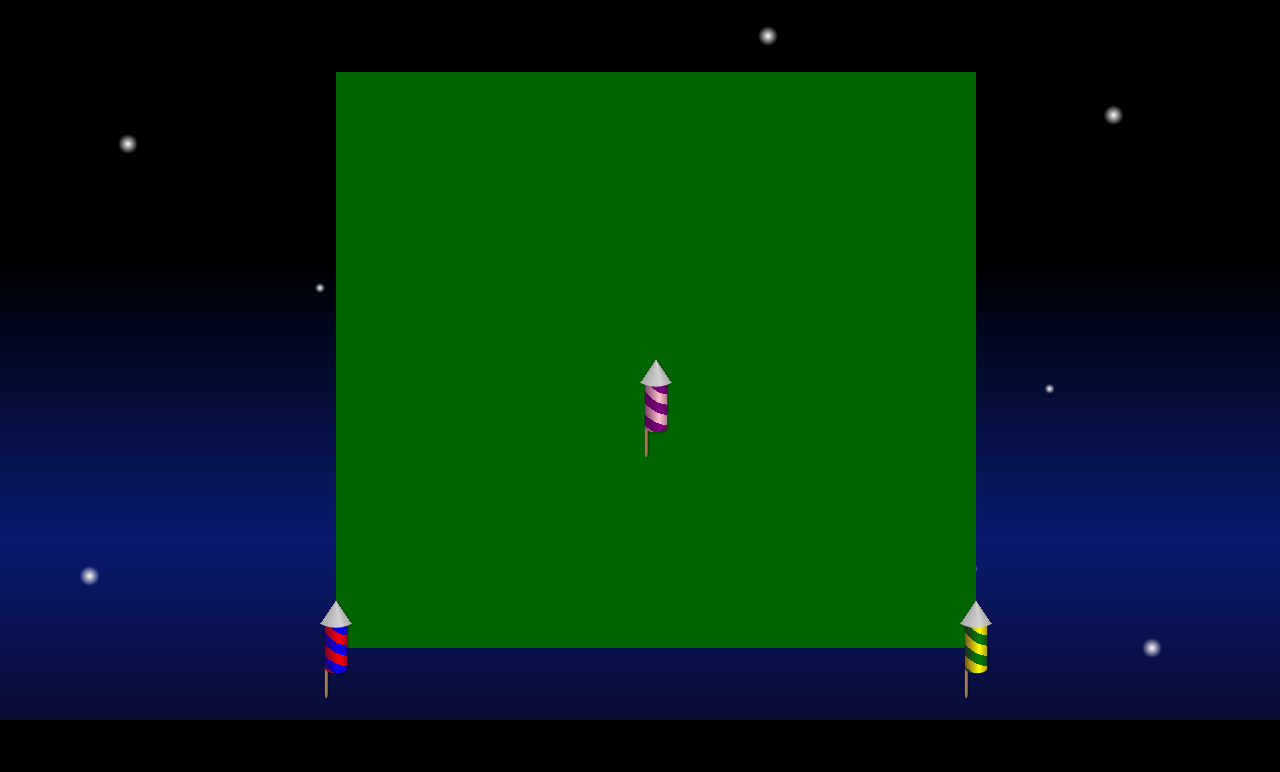
Repository: juliandecloe/CSS-To-The-Rescue---Julian-de-Cloe
Page: index.html
The author's editor kept a copy of each file at every save. The page is drawn from the files as they stood at one save, then again after the next save.
The browser window is 1280 px wide. The pictures show the whole page.

Above is the page before, as saved 2022-03-10 17:07:02.

### index.html
<!DOCTYPE html>
<html lang="en">
	<head>
		<meta charset="UTF-8">
		<meta name="viewport" content="width=device-width, initial-scale=1.0">
		<title>The Anticlimax Fireworkshow!</title>
		<link rel="stylesheet" href="style.css">
	</head>
	<body>
		<input id="left" type="checkbox">
		<input id="middle" type="checkbox">
		<input id="right" type="checkbox">
		<main>
			<section>
				<label for="left">
					<figure></figure>
					<figure></figure>
					<figure></figure>
				</label>
				<ul>
					<li>
						<ul>
							<li></li>
							<li></li>
							<li></li>
							<li></li>
							<li></li>
						</ul>
					</li>
					<li>
						<ul>
							<li></li>
							<li></li>
							<li></li>
							<li></li>
							<li></li>
						</ul>
					</li>
					<li>
						<ul>
							<li></li>
							<li></li>
							<li></li>
							<li></li>
							<li></li>
						</ul>
					</li>
					<li>
						<ul>
							<li></li>
							<li></li>
							<li></li>
							<li></li>
							<li></li>
						</ul>
					</li>
					<li>
						<ul>
							<li></li>
							<li></li>
							<li></li>
							<li></li>
							<li></li>
						</ul>
					</li>
					<li>
						<ul>
							<li></li>
							<li></li>
							<li></li>
							<li></li>
							<li></li>
						</ul>
					</li>
					<li>
						<ul>
							<li></li>
							<li></li>
							<li></li>
							<li></li>
							<li></li>
						</ul>
					</li>
					<li>
						<ul>
							<li></li>
							<li></li>
							<li></li>
							<li></li>
							<li></li>
						</ul>
					</li>
					<li>
						<ul>
							<li></li>
							<li></li>
							<li></li>
							<li></li>
							<li></li>
						</ul>
					</li>
					<li>
						<ul>
							<li></li>
							<li></li>
							<li></li>
							<li></li>
							<li></li>
						</ul>
					</li>
					<li>
						<ul>
							<li></li>
							<li></li>
							<li></li>
							<li></li>
							<li></li>
						</ul>
					</li>
					<li>
						<ul>
							<li></li>
							<li></li>
							<li></li>
							<li></li>
							<li></li>
						</ul>
					</li>
				</ul>
			</section>
			<section>
				<label for="middle">
					<figure></figure>
					<figure></figure>
					<figure></figure>
				</label>
				<ul>
					<li>
						<ul>
							<li></li>
							<li></li>
							<li></li>
							<li></li>
							<li></li>
						</ul>
					</li>
					<li>
						<ul>
							<li></li>
							<li></li>
							<li></li>
							<li></li>
							<li></li>
						</ul>
					</li>
					<li>
						<ul>
							<li></li>
							<li></li>
							<li></li>
							<li></li>
							<li></li>
						</ul>
					</li>
					<li>
						<ul>
							<li></li>
							<li></li>
							<li></li>
							<li></li>
							<li></li>
						</ul>
					</li>
					<li>
						<ul>
							<li></li>
							<li></li>
							<li></li>
							<li></li>
							<li></li>
						</ul>
					</li>
					<li>
						<ul>
							<li></li>
							<li></li>
							<li></li>
							<li></li>
							<li></li>
						</ul>
					</li>
					<li>
						<ul>
							<li></li>
							<li></li>
							<li></li>
							<li></li>
							<li></li>
						</ul>
					</li>
					<li>
						<ul>
							<li></li>
							<li></li>
							<li></li>
							<li></li>
							<li></li>
						</ul>
					</li>
					<li>
						<ul>
							<li></li>
							<li></li>
							<li></li>
							<li></li>
							<li></li>
						</ul>
					</li>
					<li>
						<ul>
							<li></li>
							<li></li>
							<li></li>
							<li></li>
							<li></li>
						</ul>
					</li>
					<li>
						<ul>
							<li></li>
							<li></li>
							<li></li>
							<li></li>
							<li></li>
						</ul>
					</li>
					<li>
						<ul>
							<li></li>
							<li></li>
							<li></li>
							<li></li>
							<li></li>
						</ul>
					</li>
				</ul>
			</section>
			<section>
				<label for="right">
					<figure></figure>
					<figure></figure>
					<figure></figure>
				</label>
				<article>
					<ul>
						<li></li>
						<li></li>
						<li></li>
						<li></li>
						<li></li>
						<li></li>
						<li></li>
					</ul>
				</article>
			</section>
		</main>
	</body>
</html>

### style.css
/*========== GENERAL ==========*/

:root * {
	--hoekVar: calc(360deg / 12);
	--rotate: rotate(calc( var(--hoekVar) * var(--index) ));
	--hoekVar2: calc(360deg / 5);
	--rotate2: rotate(calc( var(--hoekVar2) * var(--index2) ));
	--hoekVar3: calc(360deg / 18);
	--rotate3: rotate(calc( var(--hoekVar3) * var(--index3) ));
	--star1: 5px;
	--star2: 3px;
}

@property --star1 {
	syntax: '<length>';
	inherits: false;
	initial-value: 0px;
}

@property --star2 {
	syntax: '<length>';
	inherits: false;
	initial-value: 0px;
}

* {
	padding: 0;
	margin: 0;
}

body, html {
	overflow: hidden;
}

html {
	background: linear-gradient(0deg, rgba(9,11,52,1) 0%, rgba(9,26,112,1) 25%, rgba(0,0,0,1) 64%, rgba(0,0,0,1) 100%);
}

@keyframes stars {
	0% {
		--star1: 5px;
	}
	100% {
		--star1: 10px;
	}
}

@keyframes stars2 {
	0% {
		--star2: 3px;
	}
	100% {
		--star2: 6px;
	}
}

body {
	background-position: center;
	background-image:
	radial-gradient(
		circle at
			10%
			20%,
		white,
		transparent var(--star1)
	),
	radial-gradient(
		circle at
			34%
			15%,
		white,
		transparent var(--star2)
	),
	radial-gradient(
		circle at
			50%
			60%,
		white,
		transparent var(--star2)
	),
	radial-gradient(
		circle at
			60%
			80%,
		white,
		transparent var(--star2)
	),
	radial-gradient(
		circle at
			25%
			40%,
		white,
		transparent var(--star2)
	),
	radial-gradient(
		circle at
			7%
			80%,
		white,
		transparent var(--star1)
	),
	radial-gradient(
		circle at
			87%
			16%,
		white,
		transparent var(--star1)
	),
	radial-gradient(
		circle at
			76%
			79%,
		white,
		transparent var(--star2)
	),
	radial-gradient(
		circle at
			90%
			90%,
		white,
		transparent var(--star1)
	),
	radial-gradient(
		circle at
			60%
			5%,
		white,
		transparent var(--star1)
	),
	radial-gradient(
		circle at
			72%
			32%,
		white,
		transparent var(--star2)
	),
	radial-gradient(
		circle at
			50%
			28%,
		white,
		transparent var(--star1)
	),
	radial-gradient(
		circle at
			37%
			80%,
		white,
		transparent var(--star1)
	),
	radial-gradient(
		circle at
			82%
			54%,
		white,
		transparent var(--star2)
	);
	animation:
	stars 1s linear alternate infinite,
	stars2 1.5s linear alternate infinite;
}

@media (prefers-reduced-motion) {
	body {
		animation-name: dissolve;
	}
}

main {
	display: flex;
	justify-content: center;
	align-items: end;
	width: 100vw;
	height: 100vh;
	padding-left: 1rem;
}

@media (max-width: 630px) {
	main {
		transform: scale(.5) translateY(50vh);
	}
}

section {
	display: grid;
	place-items: center;
	transition: 1s ease-out;
	width: 50vw;
}

@media (max-width: 630px) {
	section {
		width: 80vw;
	}
}

input {
	display: none;
}

/*========== FIRE ROCKET ==========*/

/*===== GENERAL =====*/

label {
	transform: scale(.3) translateY(50vh);
	z-index: 5;
	height: 350px;
	width: 120px;
	filter: drop-shadow(2px 2px 4px rgb(0,0,0,0.5));
	transition: 1s;
	cursor: pointer;
	animation: 1s
}

@media (max-width: 630px) {
	label {
		transform: scale(.5);
	}
}

section label > figure:first-child {
	border-radius: 50%;
	position: absolute;
	left: calc(50% - 55px);
	width: 110px;
	height: 130px;
	z-index: 3;
	clip-path: ellipse(90% 70% at center top);
	background-image:
		conic-gradient(
		at center top,
		transparent 146deg,
		darkgray 146deg,
		lightgray 170deg,
		darkgray 214deg,
		transparent 214deg
	);
}

section label figure:nth-child(2) {
	position: absolute;
	top: 83px;
	left: calc(50% - 37.5px);
	width: 75px;
	height: 160px;
	z-index: 2;
	background-size: 100% 100%, 600% 600%;
	background-position:left top, 40% -30%;
	border-radius: 0 0 50% 50% / 0 0 1em 1em;
}

section label > figure:nth-child(3) {
	position: absolute;
	background: #BA8C63;
	top: 220px;
	left: calc(50% - 37.5px);
	width: 10px;
	height: 110px;
	z-index: 1;
	box-shadow: inset -2px 0 8px rgb(0,0,0,0.5);
	clip-path: ellipse(10px 95px at 50% 10%);
}


/*===== COLOR ARROWS =====*/

section:first-child label figure:nth-child(2) {
	background-image:
		linear-gradient(
			to right,
			#303a 0%,
			transparent 65%,
			#3036 100%
		),
		repeating-radial-gradient(
			red 0 1em,
			blue 1em 2em
	);
}

section:nth-child(2) label figure:nth-child(2) {
	background-image:
		linear-gradient(
			to right,
			#303a 0%,
			transparent 65%,
			#3036 100%
		),
		repeating-radial-gradient(
			green 0 1em,
			yellow 1em 2em
		);
}

section:last-child label figure:nth-child(2) {
	background-image:
		linear-gradient(
			to right,
			#303a 0%,
			transparent 65%,
			#3036 100%
		),
		repeating-radial-gradient(
			pink 0 1em,
			purple 1em 2em
		);
}


/*========== FIRE WORK ==========*/

/*===== LAYER 1 =====*/

section > ul {
	list-style-type: none;
	position: absolute;
	width: 1rem;
	height: 1rem;
	display: grid;
	place-items: center;
	/* background-color: #ff4; */
}

section > ul > li {
	position: absolute;
	top: 50%;
	width: 40%;
	height: 1200%;
	transform-origin: center top;
	transform: var(--rotate);
	transition: .3s ease-out;
	transition-delay: 1s;
	display: flex;
	/* background-color: #f004; */
}

section:last-child li {
	position: absolute;
	top: 50%;
	width: 40%;
	height: 1200%;
	transform-origin: center top;
	transform: var(--rotate3);
	transition: .3s ease-out;
	transition-delay: 1s;
	display: flex;
	/* background-color: #f004; */
}

section > ul > li::after {
	content: "";
	display: block;
	width: 100%;
	height: 50%;
	transition: .2s ease-out;
	transform-origin: center top;
	transform: scaleY(0);
	position: absolute;
}

/* Color */

section:first-child > ul > li::after {
	background-color: blue;
}

section:nth-child(2) > ul > li::after {
	background-color: green;
}

section:last-child > ul li::after {
	background-color: pink;
}


/*===== LAYER 2 =====*/

section > ul > li ul {
	list-style-type: none;
	position: relative;
	width: .5em;
	aspect-ratio: 1/1;
	align-self: end;
	display: grid;
	place-items: center;
	/* background-color: #f088; */
}

section:first-child > ul > li li {
	position: absolute;
	top: 50%;
	width: 25%;
	aspect-ratio: 1/8;
	background-color: #f00;
	transform-origin: center top;
	transform: var(--rotate2) scaleY(0);
	transition: .3s ease-out;
	transition-delay: 1.8s;
}

section:nth-child(2) > ul > li li {
	position: absolute;
	width: 30%;
	height: 1200%;
	background-color: yellow;
	transform-origin: center;
	transform: var(--rotate2) scaleY(1);
	transition: .5s ease-out;
	transition-delay: 1.5s;
	visibility: hidden;
}


/*========== INTERACTION ==========*/

/*===== GENERAL =====*/

section > ul > li:nth-of-type(1) { --index:1; }
section > ul > li:nth-of-type(2) { --index:2; }
section > ul > li:nth-of-type(3) { --index:3; }
section > ul > li:nth-of-type(4) { --index:4; }
section > ul > li:nth-of-type(5) { --index:5; }
section > ul > li:nth-of-type(6) { --index:6; }
section > ul > li:nth-of-type(7) { --index:7; }
section > ul > li:nth-of-type(8) { --index:8; }
section > ul > li:nth-of-type(9) { --index:9; }
section > ul > li:nth-of-type(10) { --index:10; }
section > ul > li:nth-of-type(11) { --index:11; }
section > ul > li:nth-of-type(12) { --index:12; }

ul > li li:nth-of-type(1) { --index2:1; }
ul > li li:nth-of-type(2) { --index2:2; }
ul > li li:nth-of-type(3) { --index2:3; }
ul > li li:nth-of-type(4) { --index2:4; }
ul > li li:nth-of-type(5) { --index2:5; }

section:last-child li:nth-of-type(1) { --index3:1; }
section:last-child li:nth-of-type(2) { --index3:2; }
section:last-child li:nth-of-type(3) { --index3:3; }
section:last-child li:nth-of-type(4) { --index3:4; }
section:last-child li:nth-of-type(5) { --index3:5; }
section:last-child li:nth-of-type(6) { --index3:6; }
section:last-child li:nth-of-type(7) { --index3:7; }
section:last-child li:nth-of-type(8) { --index3:8; }
section:last-child li:nth-of-type(9) { --index3:9; }
section:last-child li:nth-of-type(10) { --index3:10; }
section:last-child li:nth-of-type(11) { --index3:11; }
section:last-child li:nth-of-type(12) { --index3:12; }
section:last-child li:nth-of-type(13) { --index3:13; }
section:last-child li:nth-of-type(14) { --index3:14; }
section:last-child li:nth-of-type(15) { --index3:15; }
section:last-child li:nth-of-type(16) { --index3:16; }
section:last-child li:nth-of-type(17) { --index3:17; }
section:last-child li:nth-of-type(18) { --index3:18; }

/* Rocket */

input:first-child[type="checkbox"]:checked ~ main section:first-child, input:nth-child(2)[type="checkbox"]:checked ~ main section:nth-child(2) {
	transform: translateY(-50vh);
}

@media (max-width: 630px) {
	input:first-child[type="checkbox"]:checked ~ main section:first-child, input:nth-child(2)[type="checkbox"]:checked ~ main section:nth-child(2) {
		transform: translateY(-90vh);
	}
}

input:first-child[type="checkbox"]:checked ~ main section:first-child label, input:nth-child(2)[type="checkbox"]:checked ~ main section:nth-child(2) label {
	transform: scale(.5, .3);
	animation: explode 1s 1s ease-in forwards;
}

/* Explode 1 */

input:first-child[type="checkbox"]:checked ~ main section:first-child > ul > li, input:nth-child(2)[type="checkbox"]:checked ~ main section:nth-child(2) > ul > li {
	transform: var(--rotate) translateY(2em);
}

input:first-child[type="checkbox"]:checked ~ main section:first-child > ul > li::after, input:nth-child(2)[type="checkbox"]:checked ~ main section:nth-child(2) > ul > li::after {
	animation: after .3s 1s ease-out forwards;
}


/*===== ARROW 1 =====*/

input:first-child[type="checkbox"]:checked ~ main section:first-child > ul > li li {
	animation: lili .3s 1.5s ease-out forwards;
}

/*===== ARROW 2 =====*/

input:nth-child(2)[type="checkbox"]:checked ~ main section:nth-child(2) > ul > li li {
	visibility: visible;
	transform: var(--turn) scaleY(6) translateY(2em);
	opacity: 0;
}

/*===== ARROW 3 =====*/

input:nth-child(3)[type="checkbox"]:checked ~ main section:last-child {
	transform: translateY(-50vh);
}

input:nth-child(3)[type="checkbox"]:checked ~ main article label {
	animation: huge .8s 1s ease-out forwards;
}

/*========== ANIMATIONS ==========*/

@keyframes huge {
	0% {
		transform: scaleY(0);
	}
	99% {
		transform: translateY(200%) scaleY(0);
		opacity: 0;
	}
	100% {
		transform: translateY(0) scaleY(0);
		opacity: 1;
	}
}

@keyframes explode {
	0% {
		visibility: hidden;
	}
	99% {
		visibility: hidden;
	}
	100% {
		transform: translateY(65vh) scale(.3);
		visibility: visible;
	}
}

@keyframes after {
	0% {
		transform: scaleY(0);
	}
	33% {
		transform: scaleY(1) ;
	}
	67% {
		transform: translateY(100%) scaleY(1) ;
	}
	99% {
		transform: translateY(200%) scaleY(0) ;
	}
	100% {
		transform: translateY(0) scaleY(0) ;
	}
}

@keyframes lili {
	0% {
		transform: var(--rotate2) translateY(0) scaleY(0);
	}
	50% {
		transform: var(--rotate2) translateY(0) scaleY(3);
	}
	99% {
		transform: var(--rotate2) translateY(400%) scaleY(0);
	}
	100% {
		transform: var(--rotate2) translateY(0) scaleY(0);
	}
}



/*========== CLOUDS ==========*/

section:last-child {
	position: absolute;
	top: 10vh;
	background-color: darkgreen;
	width: 50vw;
	height: 80vh;
}

article ul {
	position: relative;
}

article li {
	background-color: white;
	width: 5rem;
	height: 5rem;
	display: default;
	visibility: visible;
	opacity: 1;
}

After the next save:
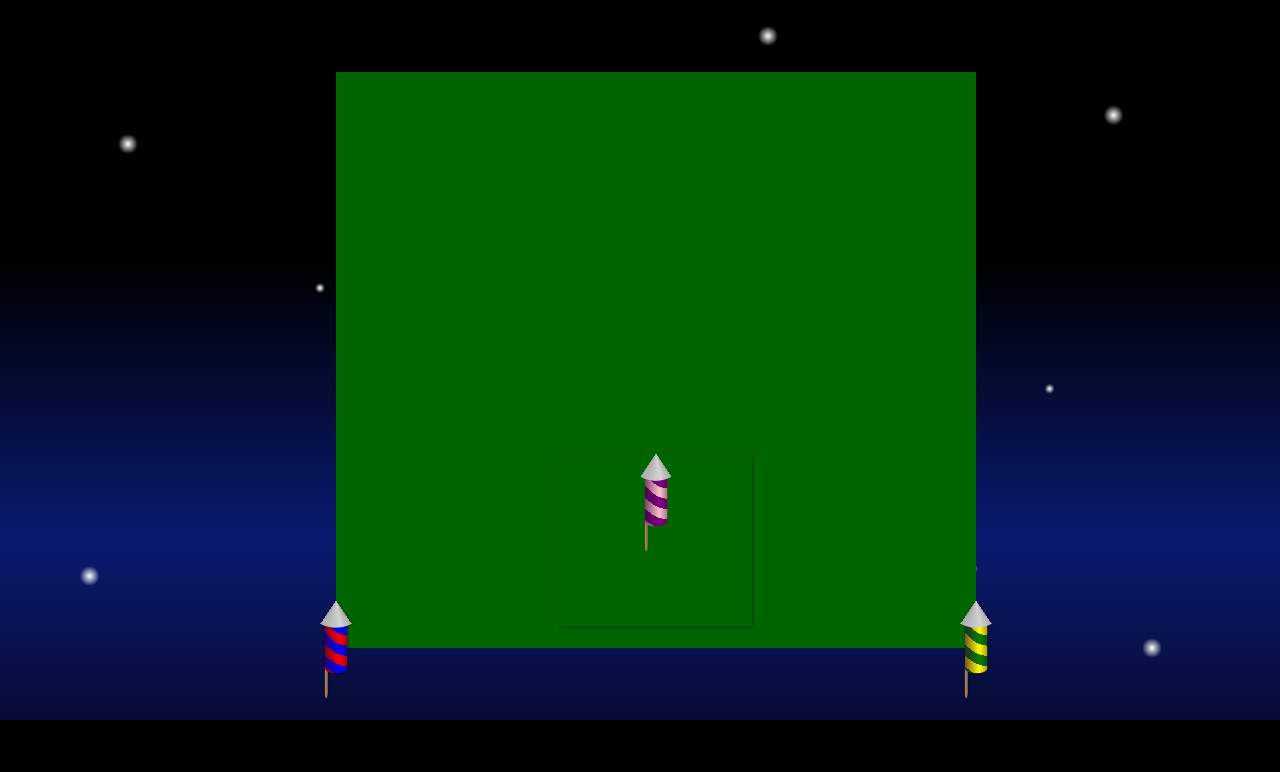
Saved 12 s later.
--- a/style.css
+++ b/style.css
@@ -572,6 +572,14 @@ input:nth-child(3)[type="checkbox"]:checked ~ main article label {
 
 /*========== CLOUDS ==========*/
 
+section:last-child label {
+	position: absolute;
+	top: 10vh;
+	background-color: darkgreen;
+	width: 50vw;
+	height: 80vh;
+}
+
 section:last-child {
 	position: absolute;
 	top: 10vh;
